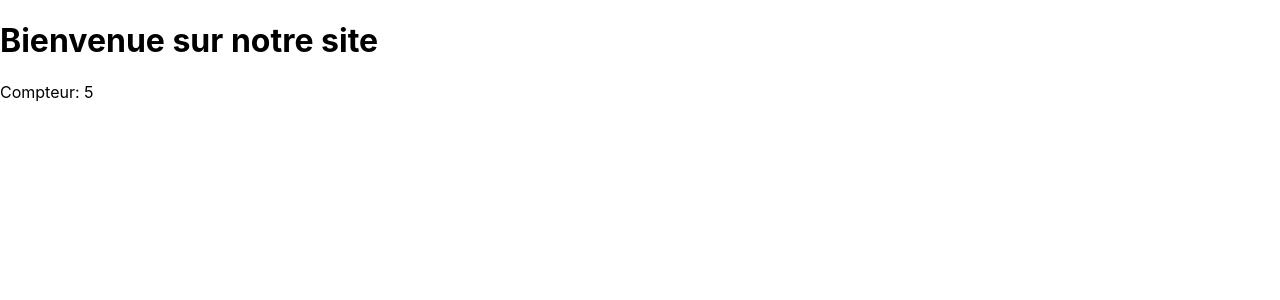
Repository: Salah-R12/react-app12-12
Page: /
An editor plug-in stored every save of this project. The page is shown before and after the next save, followed by the edit.
The browser window is 1280 px wide. The pictures show the whole page.
The project was rebuilt for these pictures with package versions that can differ from the ones it lists, and the page was loaded fresh each time.

Above is the page before, as saved 2023-12-26 21:04:32.

### src/App.js
import React from 'react';
import Compteur from './Compteur'
import Message from './Message';

function App() {
  return (

    <div className="App">
      <h1>Bienvenue sur notre site</h1>
      <Compteur />
      <Message texte="Ceci est un message important" />
    </div>
  );
}

export default App;

### src/Compteur.js
import { useState, useEffect } from 'react';

function Compteur() {
  const compteur = useCompteur(0); // Démarre le compteur à 0

  return <div>Compteur: {compteur}</div>;
}

function useCompteur(initialValue) {
  const [compteur, setCompteur] = useState(initialValue);

  useEffect(() => {
    // Crée un intervalle qui s'exécute toutes les 1000 millisecondes (1 seconde)
    const interval = setInterval(() => {
      // Incrémente la valeur de 'compteur' de 1 à chaque intervalle
      setCompteur((c) => c + 1);
    }, 1000);

    // Retourne une fonction de nettoyage qui arrête l'intervalle
    // quand le composant utilisant ce Hook est démonté
    return () => clearInterval(interval);
  }, []);

  return compteur;
}

export default Compteur;

### src/Message.js
// Home.js
import React from 'react';

function Message(props) {
  return <h2>{props.text}</h2>;
}

export default Message;

Loaded but not shown: public/index.html (common file); src/index.js (common file); src/index.css (common file); src/reportWebVitals.js (common file)

After the next save:
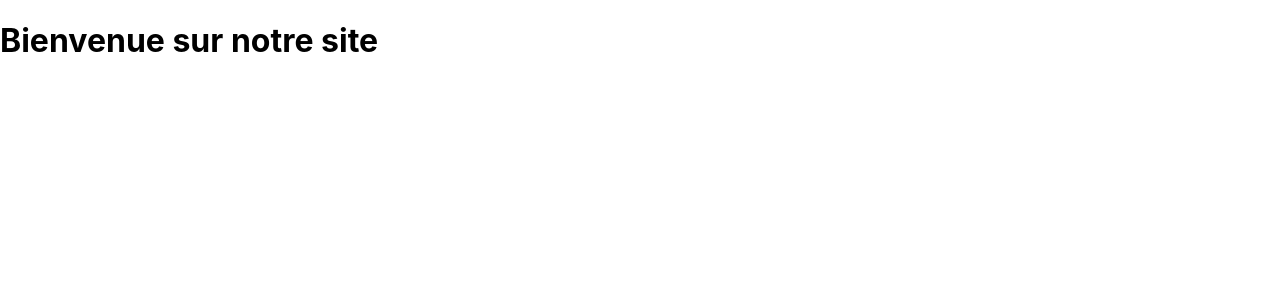
Saved 86 s later.
--- a/src/App.js
+++ b/src/App.js
@@ -7,7 +7,7 @@ function App() {
 
     <div className="App">
       <h1>Bienvenue sur notre site</h1>
-      <Compteur />
+
       <Message texte="Ceci est un message important" />
     </div>
   );
